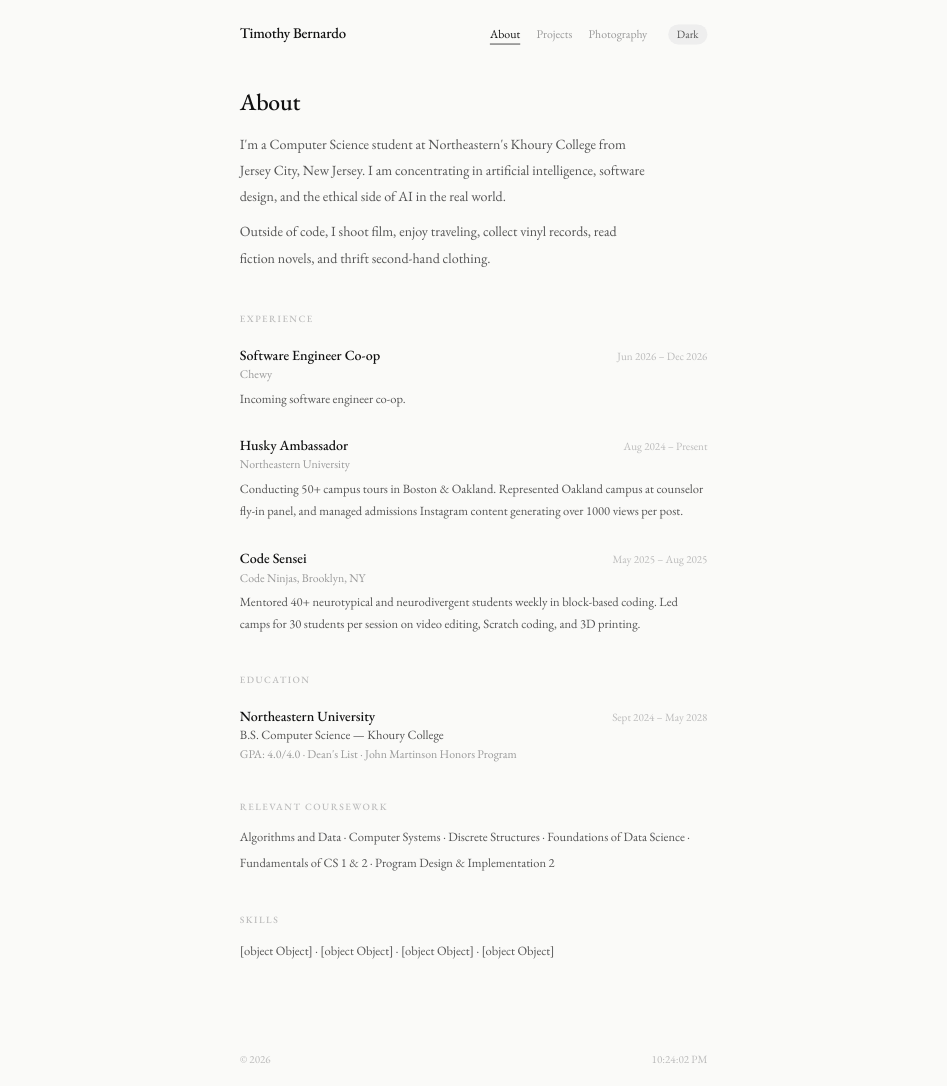
Repository: timothybernardo/portfolio
Page: /about
The author's editor kept a copy of each file at every save. The page is drawn from the files as they stood at one save, then again after the next save.
The browser window is 1280 px wide. The pictures show the whole page, at 74% of full size.
The project was rebuilt for these pictures with package versions that can differ from the ones it lists, and the page was loaded fresh each time. Also part of the build but not shown: src/pages/Home.jsx, src/data/projects.js, src/pages/Projects.jsx, src/data/photos.js, src/components/PhotoCard.jsx, src/pages/Photography.jsx.

Above is the page before, as saved 2026-03-08 18:00:37.

After the next save:
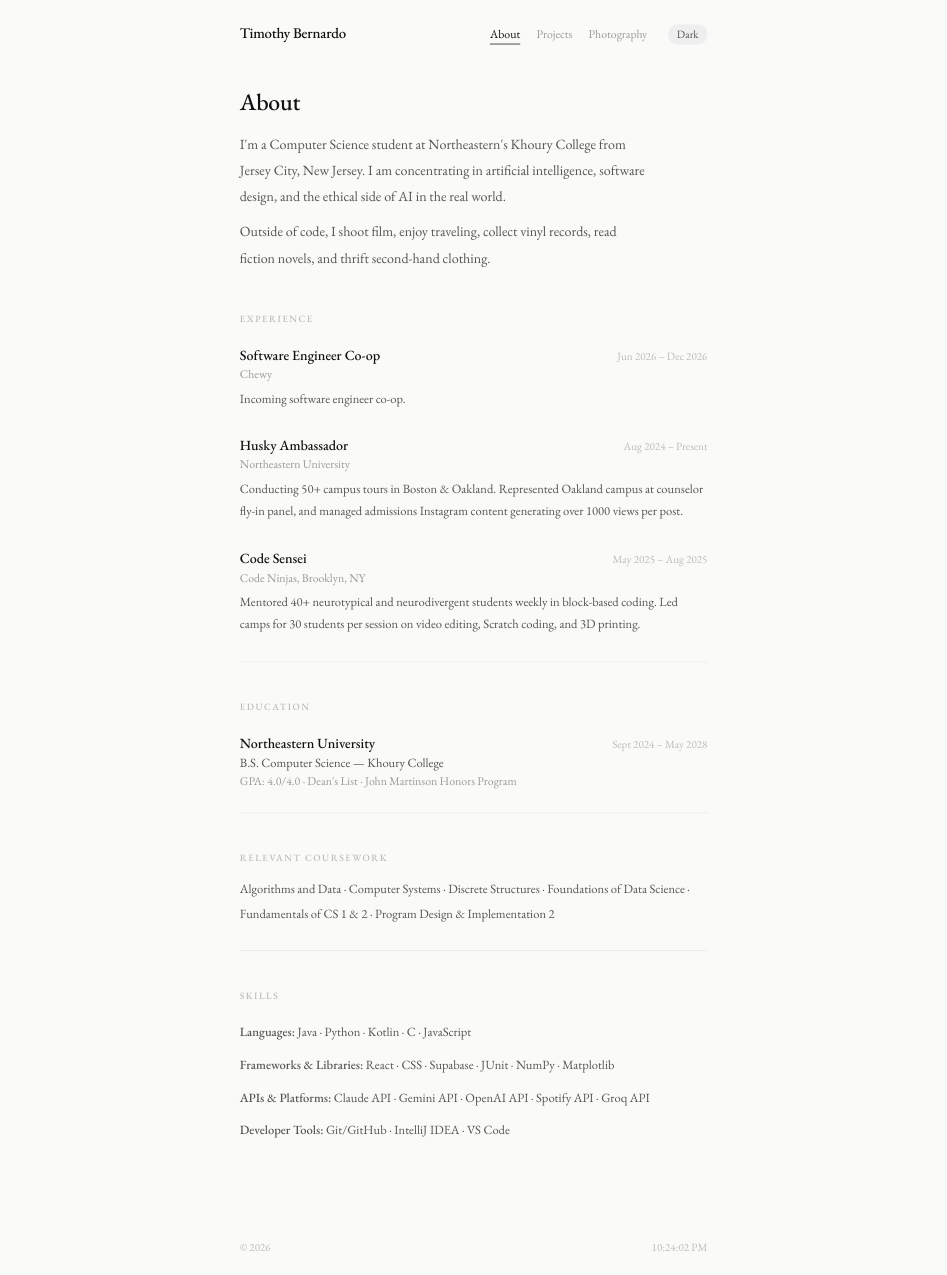
Saved 13 s later.
--- a/src/pages/About.jsx
+++ b/src/pages/About.jsx
@@ -33,8 +33,10 @@ export default function About({ theme }) {
         </div>
       ))}
 
+      <div style={{ borderBottom: `1px solid ${theme.border}`, marginTop: 20, marginBottom: 52 }} />
+
       {/* Education */}
-      <h3 style={{ fontSize: 13, fontWeight: 500, textTransform: "uppercase", letterSpacing: "2px", color: theme.faint, marginBottom: 28, marginTop: 52 }}>
+      <h3 style={{ fontSize: 13, fontWeight: 500, textTransform: "uppercase", letterSpacing: "2px", color: theme.faint, marginBottom: 28 }}>
         Education
       </h3>
       {education.map((ed, i) => (
@@ -50,21 +52,28 @@ export default function About({ theme }) {
         </div>
       ))}
 
+      <div style={{ borderBottom: `1px solid ${theme.border}`, marginTop: 32, marginBottom: 52 }} />
+
       {/* Coursework */}
-      <h3 style={{ fontSize: 13, fontWeight: 500, textTransform: "uppercase", letterSpacing: "2px", color: theme.faint, marginBottom: 16, marginTop: 52 }}>
+      <h3 style={{ fontSize: 13, fontWeight: 500, textTransform: "uppercase", letterSpacing: "2px", color: theme.faint, marginBottom: 16 }}>
         Relevant Coursework
       </h3>
       <p style={{ fontSize: 17, color: theme.sub, lineHeight: 2 }}>
         {courses.join("  ·  ")}
       </p>
 
+      <div style={{ borderBottom: `1px solid ${theme.border}`, marginTop: 32, marginBottom: 52 }} />
+
       {/* Skills */}
-      <h3 style={{ fontSize: 13, fontWeight: 500, textTransform: "uppercase", letterSpacing: "2px", color: theme.faint, marginBottom: 16, marginTop: 52 }}>
+      <h3 style={{ fontSize: 13, fontWeight: 500, textTransform: "uppercase", letterSpacing: "2px", color: theme.faint, marginBottom: 24 }}>
         Skills
       </h3>
-      <p style={{ fontSize: 17, color: theme.sub, lineHeight: 2 }}>
-        {skills.join("  ·  ")}
-      </p>
+      {skills.map((group, i) => (
+        <p key={i} style={{ fontSize: 17, color: theme.sub, lineHeight: 1.9, marginBottom: 12 }}>
+          <span style={{ fontWeight: 500 }}>{group.label}:</span>{" "}
+          {group.items.join("  ·  ")}
+        </p>
+      ))}
     </div>
   );
 }
